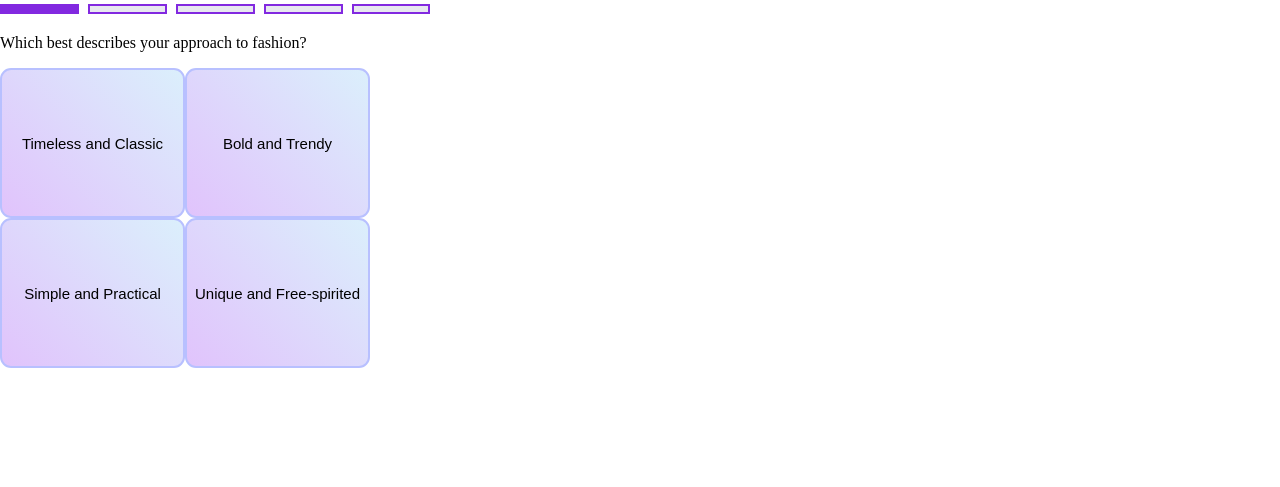
Repository: navnneett/clotho
Page: /QuizQuestions/QuestionOne
The author's editor kept a copy of each file at every save. The page is drawn from the files as they stood at one save, then again after the next save.
The browser window is 1280 px wide. The pictures show the whole page.
The project was rebuilt for these pictures with package versions that can differ from the ones it lists, and the page was loaded fresh each time. The framework's server and built-in components were replaced by stand-ins that run in the browser. Also part of the build but not shown: next.config.js, next.config.mjs, styles/QuestionTwo.module.css, components/Button/Button.module.css, components/Button/index.js, pages/QuizQuestions/QuestionTwo.js, styles/QuestionThree.module.css, pages/QuizQuestions/QuestionThree.js and 6 more.

Above is the page before, as saved 2024-04-06 19:42:11.

### pages/QuizQuestions/QuestionOne.js
import { useState } from "react";
import styles from "../../styles/QuestionOne.module.css";
import QuestionTwo from "./QuestionTwo";
import QuestionThree from "./QuestionThree";
import QuestionFour from "./QuestionFour";
import QuestionFive from "./QuestionFive";
import Button from "@/components/Button";
import ButtonTwo from "@/components/ButtonTwo";
import Image from "next/image";

export default function QuestionOne() {
    const [currentQuestion, setCurrentQuestion] = useState(1);
    const [selectedAnswers, setSelectedAnswers] = useState([]);
    const [quizCompleted, setQuizCompleted] = useState(false);

    const questionToAnswer = (answer) => {
        setSelectedAnswers([...selectedAnswers, answer]);
    };

    const handleNextQuestion = () => {
        if (currentQuestion < 5) {
            setCurrentQuestion(currentQuestion + 1);
        } else {
            setQuizCompleted(true);
        }
    };


    return (
        <>
            {currentQuestion === 1 && (
                <div className={styles.mainContainer}>
                    <Image
                        src="/images/quiz/Progress Indicator.png"
                        alt="Progress Indicator question 1"
                        width={430}
                        height={10}
                        className={styles.imageOne}
                    />
                    <div className={styles.contentContainer}>
                        <div className={styles.optionContainer}>
                            <p className={styles.openSansText}>Which best describes your approach to fashion?</p>
                            <div className={styles.optionRowOne}>
                                <ButtonTwo onClick={() => questionToAnswer('A')} title="Timeless and Classic" className={styles.optionRowInnerOne}/>
                                <ButtonTwo onClick={() => questionToAnswer('B')} title="Bold and Trendy" className={styles.optionRowInnerTwo}/>
                            </div>
                            <div className={styles.optionRowTwo}>
                                <ButtonTwo onClick={() => questionToAnswer('C')} title="Simple and Practical" className={styles.optionRowInnerThree}/>
                                <ButtonTwo onClick={() => questionToAnswer('D')} title="Unique and Free-spirited" className={styles.optionRowInnerFour}/>
                            </div>
                            <div className={styles.nextButtonContainer}>
                                {selectedAnswers.length > 0 && (
                                    <Button onClick={handleNextQuestion} title="Next" className={styles.nextButton} />
                                )}
                            </div>
                        </div>
                    </div>
                </div>
            )}

            {currentQuestion === 2 && (
                <QuestionTwo onNextQuestion={handleNextQuestion} />
            )}

            {currentQuestion === 3 && (
                <QuestionThree onNextQuestion={handleNextQuestion} />
            )}

            {currentQuestion === 4 && (
                <QuestionFour onNextQuestion={handleNextQuestion} />
            )}

            {currentQuestion === 5 && (
                <QuestionFive onNextQuestion={handleNextQuestion} />
            )}


        </>
    );
}

### styles/globals.css
:root {

    --transparency: rgba(0, 0, 0, 0);
    --gray: rgb(119, 119, 119);
    --red: rgb(201, 8, 8);

    --large: 21px;
    --medium: 18px;
    --small: 16px;
    --logo: 25px;

    --button-linear-light: 45deg, rgba(221, 184, 255, 0.8), rgba(214, 239, 255, 0.8);
    --button-outline-light: 2px solid #B8C0FF;
    --button-highlight-light: #8229E0;
    --black: black;
    --white: white;
    --light-gray: #B3B3B3;

    --chart-color-purple: #8884d8;
    --chart-color-blue: #83a6ed;
    --chart-color-cyan: #8dd1e1;
    --chart-color-bright-purple: #b399ff;
    --chart-color-light-purple: #b8c0ff;



    /* Text styles */
    --open-sans-text: 'Open Sans', sans-serif;
    --open-sans-weight: 500;
    --open-sans-size: 1.7rem;

    --roboto-slab-text: 'Roboto Slab', serif;
    --roboto-slab-weight: 600;
    --roboto-slab-size: 3rem;
}

html,
body {
    margin: 0;
    padding: 0;
}

### styles/QuestionOne.module.css
/* iPhone 14 Pro */
@media (max-width: 430px) {


    .mainContainer {
        height: 100vh;
        background-image: url('/images/quiz/Light Mode Low Opacity.png');
        background-size: cover;
        background-position: center;

    }

    .contentContainer {
        display: flex;
        flex-direction: column;
        align-items: center;
        justify-content: center;
        height: calc(100vh - 20px);
        padding-bottom: 20px;
    }

    .optionContainer {
        display: flex;
        flex-direction: column;
        align-items: center;
        justify-content: center;
        height: 100vh;


    }

    .nextButtonContainer {
        position: fixed;
        bottom: calc(100vh - 820px);
        left: 101px;

    }

    .imageOne {
        padding-top: 30px;
    }

    .openSansText {
        font-family: var(--open-sans-text);
        font-weight: var(--open-sans-weight);
        font-size: var(--open-sans-size);
        padding: 40px 10px;
        margin: 30px 20px;
        text-align: center;
    }

    .optionRowOne {
        display: flex;
        margin-bottom: 20px;
        margin-left: 20px;
        margin-right: 20px;
    }

    .optionRowTwo {
        display: flex;
        justify-content: center;
        margin-bottom: 30px;
        margin-left: 20px;
        margin-right: 20px;
    }

    .optionRowInnerOne {
        margin-right: 15px;
    }

    .optionRowInnerTwo {
        margin-left: 15px;

    }
}

### components/ButtonTwo/index.js
import styles from './ButtonTwo.module.css'

export default function Button({
    title = "test",
    onClick = () => {}
}) {
    return (
        <button className={styles.button} onClick={onClick}>
            {title}
        </button>
    )
}

### components/ButtonTwo/ButtonTwo.module.css
.button {
    padding: 12px 0;
    width: 185px;
    height: 150px;
    font-size: 15px;
    background-image: linear-gradient(var(--button-linear-light));
    color: var(--black);
    border: none;
    border-radius: 11px;
    cursor: pointer;
    border: var(--button-outline-light);
}

.button:hover {
    background-color: var(--button-highlight-light);
    background-image: none;
    color: var(--white);
}

Loaded but not shown: pages/_app.js (common file); pages/_document.js (common file)

After the next save:
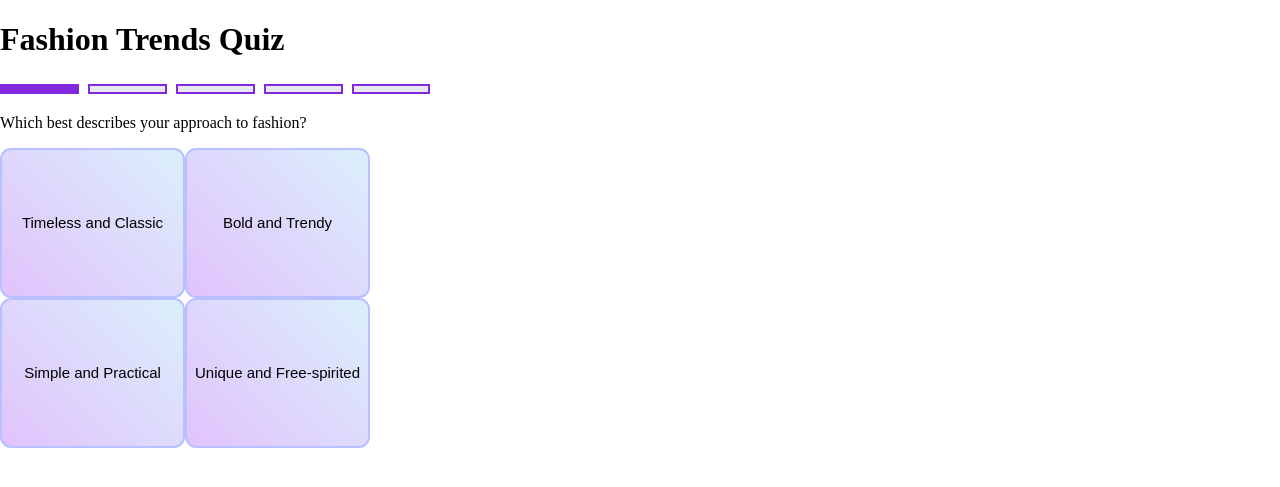
Saved 15 min 22 s later.
--- a/pages/QuizQuestions/QuestionOne.js
+++ b/pages/QuizQuestions/QuestionOne.js
@@ -30,6 +30,7 @@ export default function QuestionOne() {
         <>
             {currentQuestion === 1 && (
                 <div className={styles.mainContainer}>
+                    <h1>Fashion Trends Quiz</h1>
                     <Image
                         src="/images/quiz/Progress Indicator.png"
                         alt="Progress Indicator question 1"
